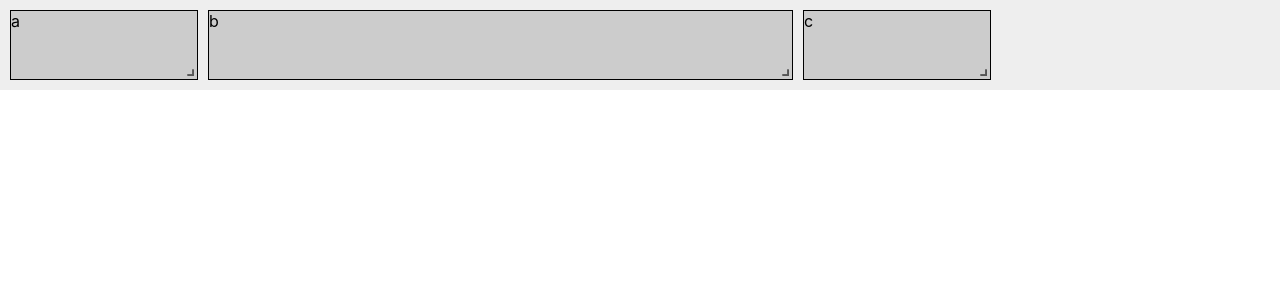
Repository: adnanaahmad/keep
Page: /
These files come from the project's save history. The page is drawn as it stood at one moment and after the next save; the edit follows.
The browser window is 1280 px wide. The pictures show the whole page.
The project was rebuilt for these pictures with package versions that can differ from the ones it lists, and the page was loaded fresh each time.

Above is the page before, as saved 2021-11-29 23:36:28.

After the next save:
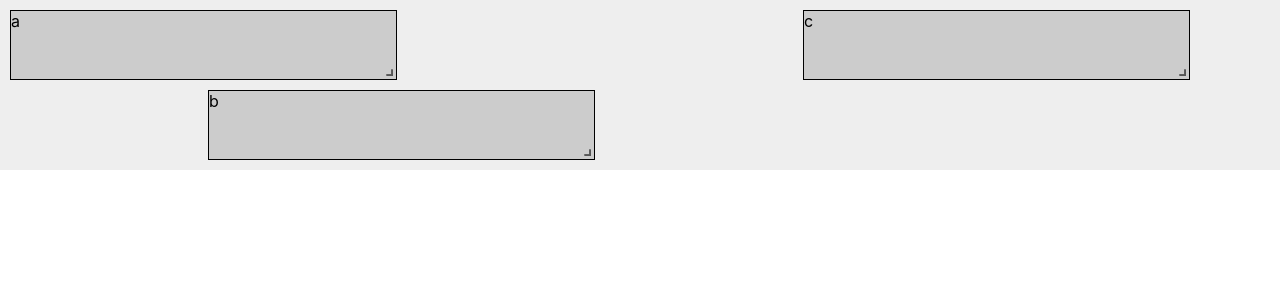
Saved 17 s later.
--- a/src/pages/notes/index.js
+++ b/src/pages/notes/index.js
@@ -5,9 +5,9 @@ import './index.css'
 function Notes () {
     // layout is an array of objects, see the demo for more complete usage
     const layout = [
-      {i: 'a', x: 0, y: 0, w: 1, h: 2, minW: 2, maxW: 2},
-      {i: 'b', x: 1, y: 0, w: 3, h: 2, minW: 2, maxW: 2},
-      {i: 'c', x: 4, y: 0, w: 1, h: 2, minW: 2, maxW: 2}
+      {i: 'a', x: 0, y: 0, w: 2, h: 2, minW: 2, maxW: 2},
+      {i: 'b', x: 1, y: 0, w: 2, h: 2, minW: 2, maxW: 2},
+      {i: 'c', x: 4, y: 0, w: 2, h: 2, minW: 2, maxW: 2}
     ];
     return (
       <GridLayout className="layout" layout={layout} cols={6} rowHeight={30} width={1200}>
